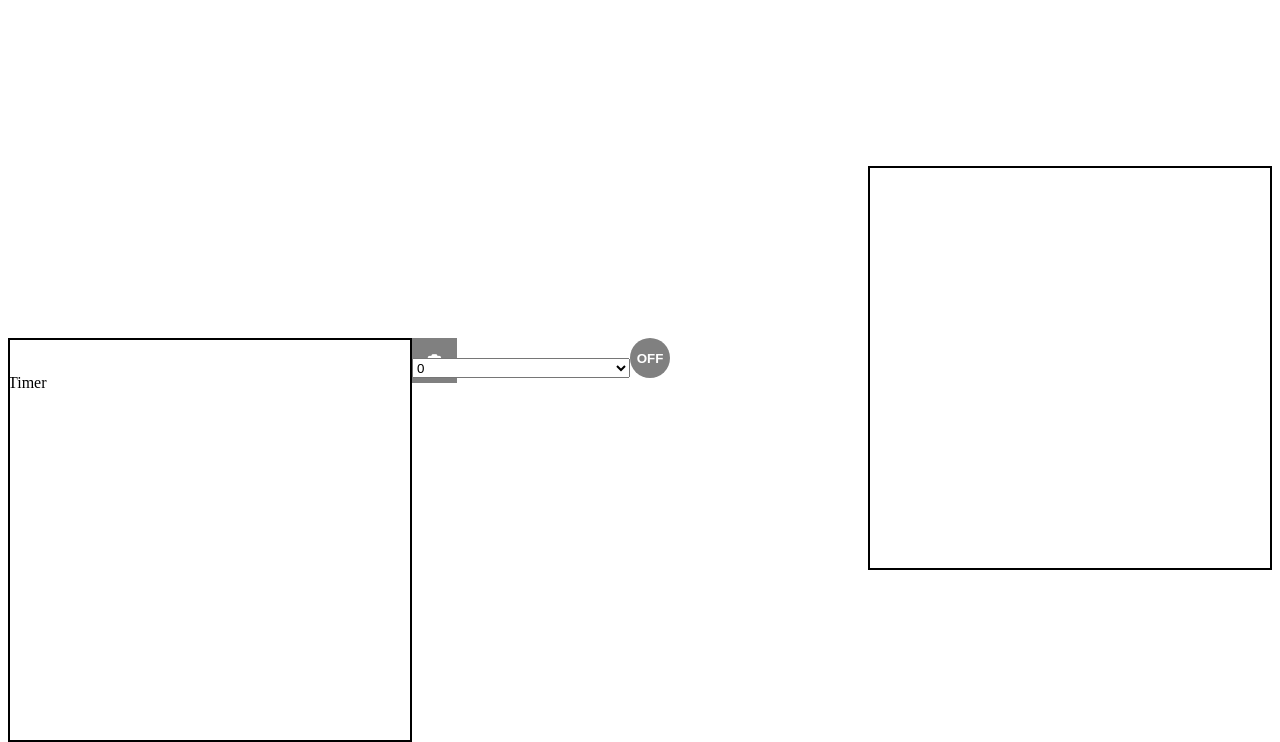
Repository: dmpelaez/photoBoothy
Page: Photobooth.html
An editor plug-in stored every save of this project. The page is shown before and after the next save, followed by the edit.
The browser window is 1280 px wide. The pictures show the whole page.
Some web libraries are served in a nearby version.

Above is the page before, as saved 2025-12-16 23:13:14.

After the next save:
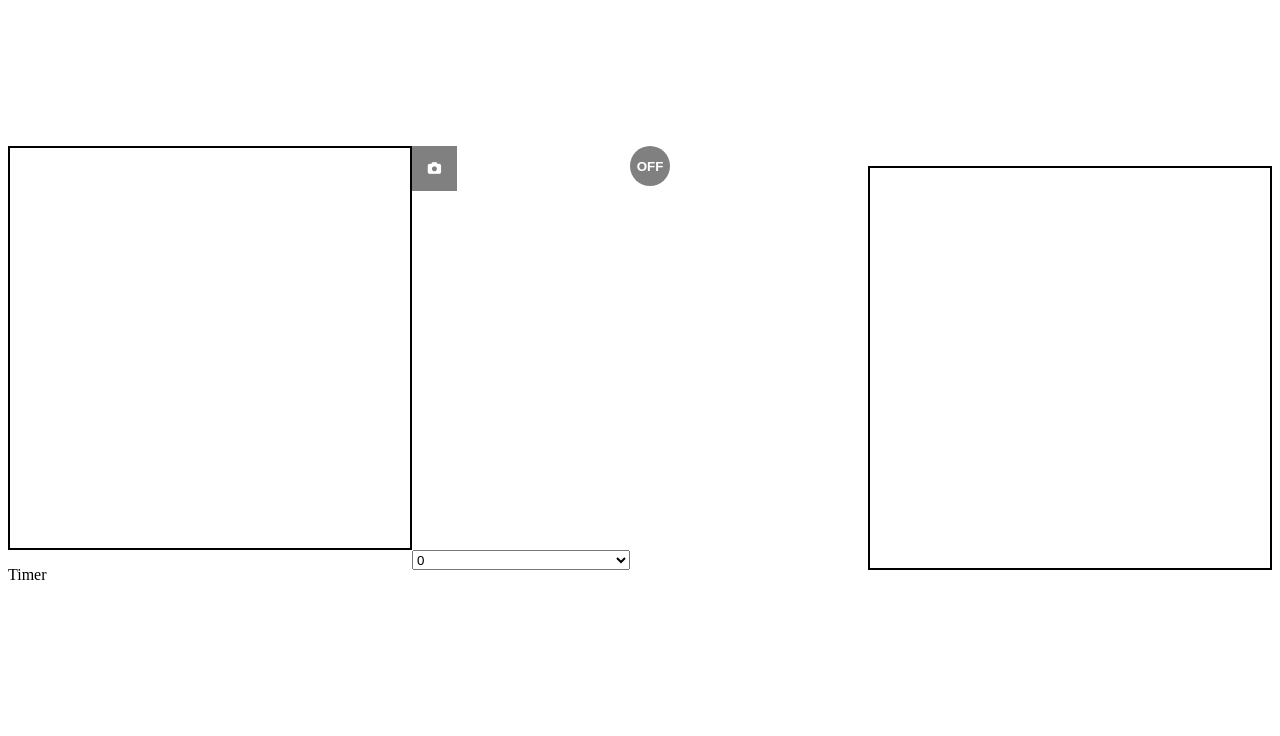
Saved 8 s later.
--- a/Photobooth.css
+++ b/Photobooth.css
@@ -10,7 +10,7 @@ body {
 .container {
   display: grid;
   grid-template-columns: 1fr 1fr 1fr;
-   grid-template-rows: 20px 20px 20px;
+   grid-template-rows: 1fr 20px 20px;
 }
 #video,
 #canvas-image {
